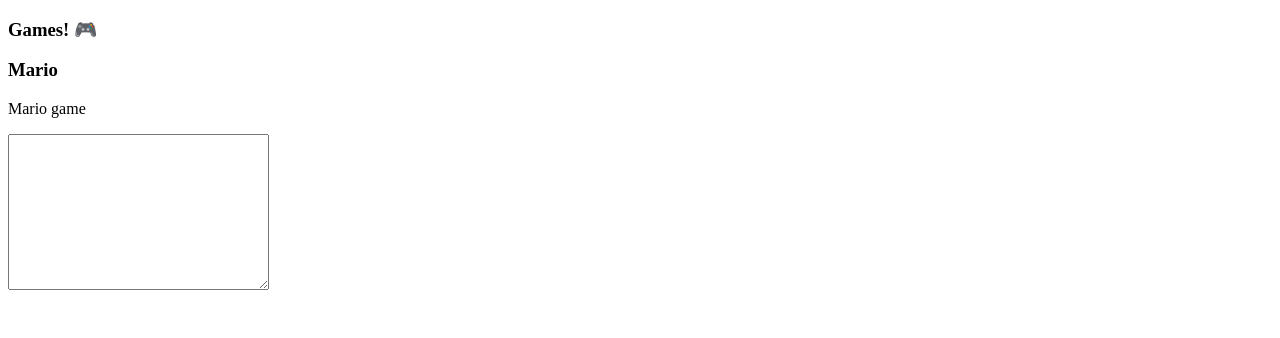
Repository: linas-dev/HTML-CSS-Projects
Page: Basic_HTML_and_CSS/Assignment28.html
An editor plug-in stored every save of this project. The page is shown before and after the next save, followed by the edit.
The browser window is 1280 px wide. The pictures show the whole page.

Above is the page before, as saved 2021-05-30 11:38:52.

### Basic_HTML_and_CSS/Assignment28.html
<!DOCTYPE html>
<html lang="en">
<head>
    <meta charset="UTF-8">
    <meta http-equiv="X-UA-Compatible" content="IE=edge">
    <meta name="viewport" content="width=device-width, initial-scale=1.0">
    <title>Document</title>
</head>
<body>
    <h3>Games! 🎮</h3>

    <section>
        <h3>Mario</h3>
        <p>Mario game</p>
        <textarea name="" id="" cols="30" rows="10"></textarea>
    </section>
</body>
</html>

After the next save:
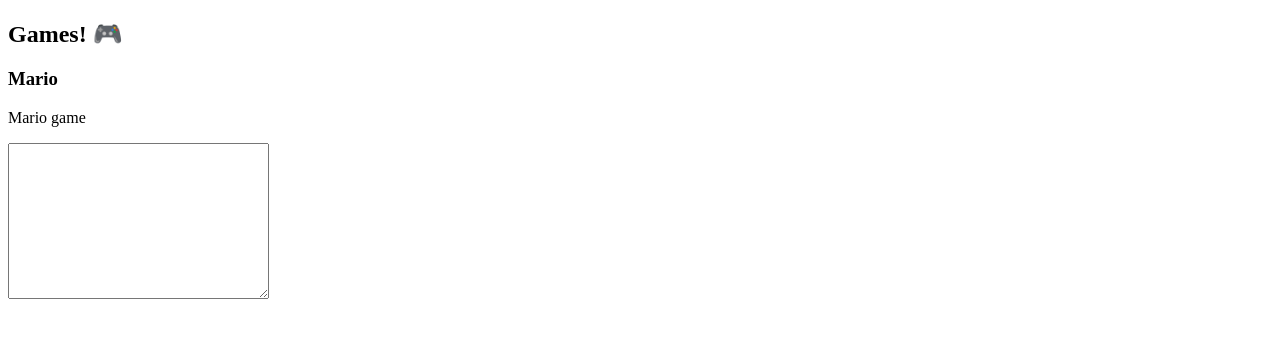
Saved 14 s later.
--- a/Basic_HTML_and_CSS/Assignment28.html
+++ b/Basic_HTML_and_CSS/Assignment28.html
@@ -7,7 +7,7 @@
     <title>Document</title>
 </head>
 <body>
-    <h3>Games! 🎮</h3>
+    <h2>Games! 🎮</h2>
 
     <section>
         <h3>Mario</h3>
